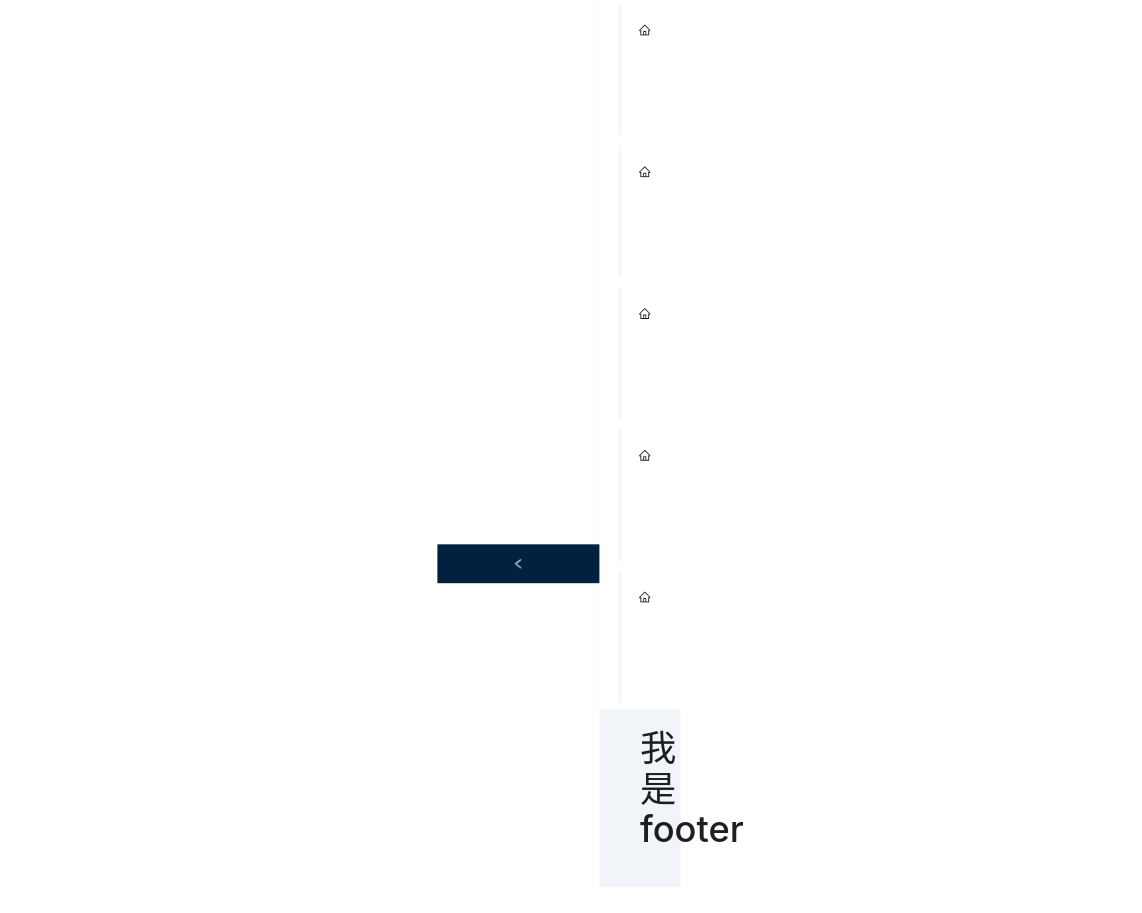
Repository: chenyl8848/chen-tool-collection
Page: /
These files come from the project's save history. The page is drawn as it stood at one moment and after the next save; the edit follows.
The browser window is 1280 px wide. The page is 1410 px wide, so the pictures cover 1410 px, including what lies to the right of the window. The pictures show the whole page, at 81% of full size.
The project was rebuilt for these pictures with package versions that can differ from the ones it lists, and the page was loaded fresh each time. Also part of the build but not shown: vite.config.ts, src/components/HelloWorld.vue.

Above is the page before, as saved 2024-01-12 16:16:07.

### src/main.ts
import { createApp } from 'vue'
import './style.css'

// import Antd from 'ant-design-vue';
import 'ant-design-vue/dist/reset.css';

import router from './router';
import store from './store';

import App from './App.vue'

const app = createApp(App)

// app.use(Antd)
app.use(router)
app.use(store)

app.mount('#app')

### src/router/index.ts
import { createRouter, createWebHistory, RouteRecordRaw } from "vue-router"

import HelloWorld from '@/components/HelloWorld.vue'
import Home from '@/pages/Home.vue'

const routes: RouteRecordRaw[] = [
    {
        path: '/',
        component: Home
    },
    {
        path: '/hello',
        component: HelloWorld
    }
]

const router = createRouter({
    history: createWebHistory(),
    routes
})

export default router

### src/store/index.ts
import { createPinia } from "pinia";

const store = createPinia()

export default store

### src/App.vue
<script setup lang="ts">
import Layout from '@/layout/index.vue';
</script>

<template>
  <div>
    <Layout></Layout>
  </div>
</template>

<style scoped>
</style>

### src/pages/Home.vue
<script lang="ts" setup>

import useToolStore from '@/store/module/tool';
import { ToolsType } from '@/tools';
import { onMounted } from 'vue';
import {
    HomeOutlined,
    SettingFilled,
    SmileOutlined,
    SyncOutlined,
    LoadingOutlined,
} from '@ant-design/icons-vue';

const toolStore = useToolStore()
let tools: Array<ToolsType> = []

onMounted(() => {
    tools = toolStore.allTools
    console.log(tools, "toolssssssssss")
})
</script>

<template>
    <h1>全部工具</h1>

    <div style="padding: 8px">
        <a-row :gutter="16">
            <a-col :span="6" v-for="item in tools" style="margin-top: 12px;">
                <a-card :bordered="true" hoverable>
                    <!-- <p>{{ item.description }}</p>
                    hoverable  -->

                    <a-card-meta :title="item.name" description="This is the description">
                        <template #avatar>
                            <!-- <a-avatar src="https://joeschmoe.io/api/v1/random" /> -->
                            <home-outlined />
                        </template>
                    </a-card-meta>

                    <template #tabBarExtraContent>
                        <a href="#">More</a>
                    </template>
                </a-card>
            </a-col>
        </a-row>
    </div>
</template>

### src/layout/index.vue
<script lang="ts" setup>

import Siderbar from '@/layout/siderbar/index.vue'
import Header from '@/layout/header/index.vue'
import Content from '@/layout/content/index.vue'
import Footer from '@/layout/footer/index.vue'
import { ref } from 'vue';
const collapsed = ref<boolean>(false);

</script>

<template>
    <a-layout class="layout">
        <a-layout-sider v-model:collapsed="collapsed" collapsible class="layout-siderbar">
            <Siderbar></Siderbar>
        </a-layout-sider>
        <a-layout>
            <a-layout-header class="layout-header">
                <Header></Header>
            </a-layout-header>
            <a-layout-content class="layout-content">
                <Content></Content>
            </a-layout-content>
            <a-layout-footer class="layout-footer">
                <Footer></Footer>
            </a-layout-footer>
        </a-layout>
    </a-layout>
</template>

<style scoped>
.layout {
    min-height: 100vh;

}

.layout-siderbar {
    background-color: white;

}

.layout-header {
    background: #fff;
    padding: 0
}

.layout-content {
    margin: 0 16px;
    background-color: #f1f5f9;
}

.layout-footer {
    text-align: center;
    background-color: #f1f5f9;
}
</style>

### src/store/module/tool.ts
import { defineStore } from "pinia";
import { tools, ToolsType, MenuType } from "@/tools";
import { RouteRecordRaw } from "vue-router"
import router from "@/router";
import { h } from "vue";
import HelloWorld from '@/components/HelloWorld.vue'

import {
    PieChartOutlined,
    MailOutlined,
    DesktopOutlined,
    InboxOutlined,
    AppstoreOutlined,
} from '@ant-design/icons-vue';

const useToolStore = defineStore('toolStore', () => {

    const getMenus = generateDynamicMenus(tools)
    const getRoutes = generateDynamicRoutes(tools)
    const allTools:Array<ToolsType> = []
    generateAllTools(tools, allTools)

    return {
        getMenus,
        getRoutes,
        allTools
    }
})

const generateDynamicMenus = (tools: Array<ToolsType>): Array<MenuType> => {
    let menus: Array<MenuType> = []

    tools.forEach((item) => {
        let children: Array<MenuType> = []

        if (item.list) {
            children = generateDynamicMenus(item.list)
        }

        let menu: MenuType = {
            key: item.path,
            title: item.name,
            label: item.name,
            path: item.path,
            icon: () => h(AppstoreOutlined)
        }

        if (children.length > 0) {
            menu.children = children
        }

        menus.push(menu)
    })

    return menus;
}

const generateDynamicRoutes = (tools: Array<ToolsType>): Array<RouteRecordRaw> => {

    let routes: Array<RouteRecordRaw> = []

    tools.forEach((item: ToolsType) => {
        let children: Array<RouteRecordRaw> = []
        if (item.list) {
            generateDynamicRoutes(item.list)
        }

        let route: RouteRecordRaw = {
            name: item.name,
            path: item.path,
            component: HelloWorld,
            children: children
        }
        router.addRoute(route)
        routes.push(route)
    });

    return routes
}

const generateAllTools = (tools: Array<ToolsType>,toolList: Array<ToolsType>): Array<ToolsType> => {

    // let toolList: Array<ToolsType> = []

    tools.forEach((item: ToolsType) => {
        if (!item.list) {
            toolList.push(item)
        } else {
            generateAllTools(item.list, toolList)
        }

    })


    console.log(toolList, "ttttttttttttoooooooooo")
    return toolList
}

export default useToolStore

### src/layout/siderbar/index.vue
<script lang="ts" setup>
import Logo from '@/layout/siderbar/logo/index.vue'
import Menu from '@/layout/siderbar/menu/index.vue'
</script>

<template>
  <div>
    <div class="logo">
      <Logo></Logo>
    </div>
    <Menu></Menu>
  </div>
</template>

<style scoped>
.logo {
  padding: 5px;
  height: 90px;
}
</style>

### src/layout/header/index.vue
<script lang="ts" setup>
import { h } from 'vue';
import {
  HomeOutlined,
  GithubOutlined,
  WechatOutlined,
  InfoCircleOutlined,
  HeartTwoTone
} from '@ant-design/icons-vue';
import router from '@/router';

const goHome = () => {
  router.push('/')
}

const onSearch = () => {
  console.log('onSearchhhhhhhhhhhh')
}
</script>

<template>
  <div class="header">
    <a-flex gap="middle" horizontal>
      <a-tooltip>
        <template #title>主页</template>
        <home-outlined class="icon" @click="goHome()" />
      </a-tooltip>
      <a-input-search v-model:value="value" placeholder="input search text" style="min-width: 400px" @search="onSearch" />
      <a-tooltip>
        <template #title>Github</template>
        <github-outlined class="icon" />
      </a-tooltip>
      <a-tooltip>
        <template #title>微信公众号</template>
        <wechat-outlined class="icon" />
      </a-tooltip>
      <a-tooltip>
        <template #title>关于</template>
        <info-circle-outlined class="icon" />
      </a-tooltip>
      <a-button :icon="h(HeartTwoTone)" href="https://www.google.com" style="">打赏</a-button>
    </a-flex>
  </div>
</template>

<style scoped>
.header {
  margin: 18px 12px 0px 12px;
}

.icon {
  font-size: 24px;
  margin-top: 4px;
}
</style>

### src/layout/content/index.vue
<script lang="ts" setup>
import Breadcrumb from '@/layout/content/breadcrumb.vue'
</script>

<template>
  <Breadcrumb></Breadcrumb>
  <div class="content">
    <router-view></router-view>
  </div>
</template>

<style scoped>
.content {
  padding: '24px';
  background: #f1f5f9;
  min-height: 480px
}
</style>

### src/layout/footer/index.vue
<script lang="ts" setup>

</script>

<template>
  <div>
    <h1>我是footer</h1>
  </div>
</template>

### src/tools.ts
export interface ToolsType {
    name: string,
    icon?: string,
    description?: string,
    path: string,
    list?: Array<ToolsType>
}

export interface MenuType {
    key: string,
    icon: any,
    label: string,
    title: string,
    path?: string,
    children?: Array<MenuType>
}

export const tools: Array<ToolsType> = [
    {
        name: '图片&视频',
        icon: 'map',
        path: '/images',
        list: [
            {
                name: '地图',
                icon: '',
                path: '/map',
                description: '一个地图'
            }
        ]
    },
    {
        name: '编程开发',
        icon: 'develop',
        path: '/develop',
        list: [
            {
                name: 'XML转JSON',
                icon: '',
                path: '/xml'
            },
            {
                name: 'IP地址查询',
                icon: '',
                path: '/ip'
            },

        ]
    },
    {
        name: '游戏',
        icon: 'map',
        path: '/game',
        list: [
            {
                name: 'XML转JSON',
                icon: '',
                path: '/json'
            },
            {
                name: 'IP地址查询',
                icon: '',
                path: '/query'
            },

        ]
    },

]

### src/layout/siderbar/logo/index.vue
<script lang="ts" setup>

</script>

<template>
  <div>
    <h1>我是logo</h1>
  </div>
</template>

### src/layout/siderbar/menu/index.vue
<template>
  <div>
    <a-menu mode="inline" :inline-collapsed="state.collapsed" :items="items" @click="jumpTo"></a-menu>
  </div>
</template>
<script lang="ts" setup>
import { reactive, h, onMounted } from 'vue';
import {
  PieChartOutlined,
  MailOutlined,
  DesktopOutlined,
  InboxOutlined,
  AppstoreOutlined,
} from '@ant-design/icons-vue';
import useToolStore from "@/store/module/tool";
import router from '@/router';

const state = reactive({
  collapsed: false
});

const items = reactive([]);

onMounted(() => {
  getMenus()
})

const getMenus = () => {
  const toolStore = useToolStore()
  let menus = toolStore.getMenus
  items.push(...menus)
}

const jumpTo = ({ item, key, keyPath }) => {

  console.log(item, key, keyPath, "hleoo")
  router.push(key)
}
</script>

### src/layout/content/breadcrumb.vue
<template>
    <a-breadcrumb class="breadcrumb">
        <a-breadcrumb-item>User</a-breadcrumb-item>
        <a-breadcrumb-item>Bill</a-breadcrumb-item>
    </a-breadcrumb>
</template>

<style scoped>
.breadcrumb {
    margin: 16px 0;
}
</style>

Loaded but not shown: index.html (common file); src/style.css (common file)

After the next save:
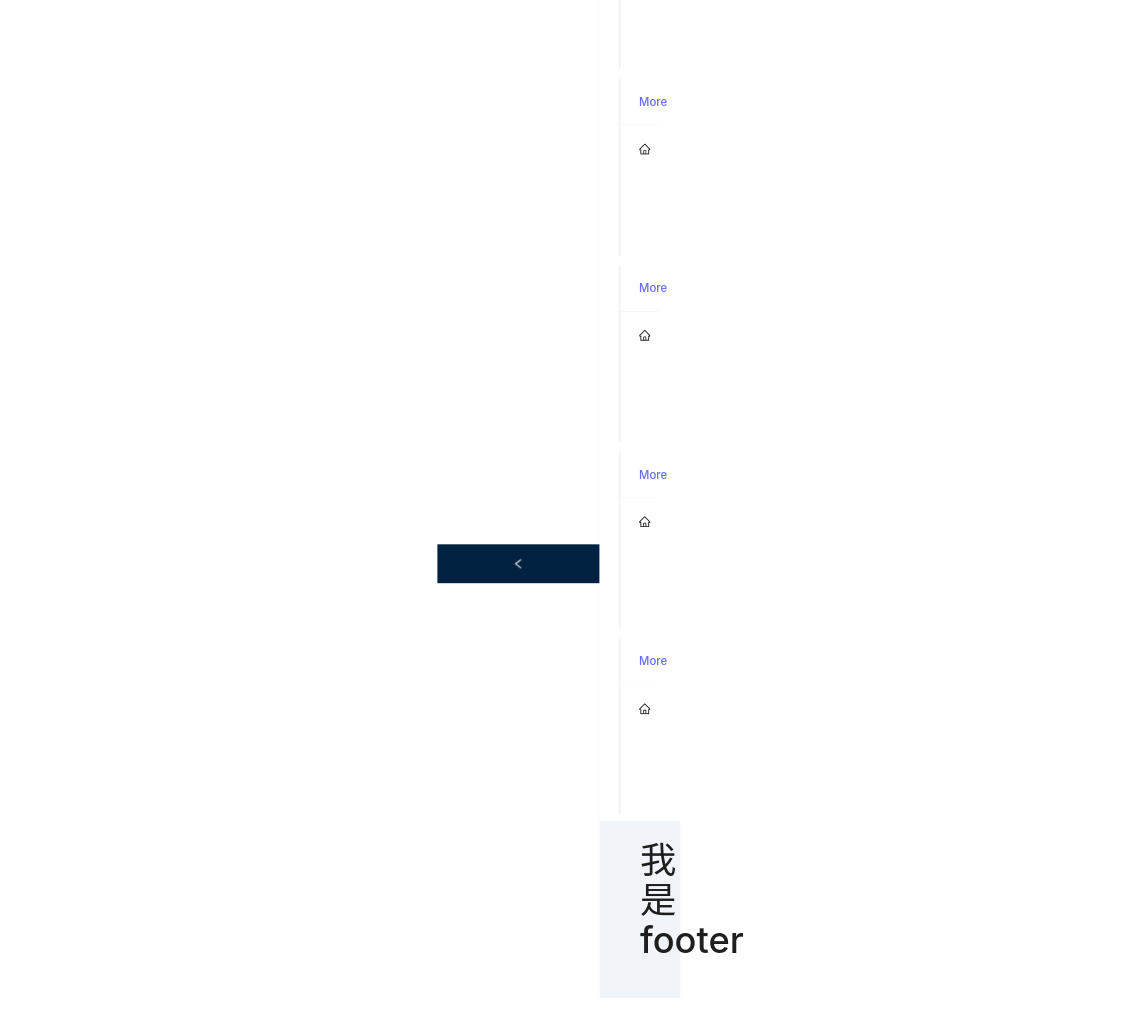
Saved 48 s later.
--- a/src/pages/Home.vue
+++ b/src/pages/Home.vue
@@ -37,7 +37,7 @@
                         </template>
                     </a-card-meta>
 
-                    <template #tabBarExtraContent>
+                    <template #extra>
                         <a href="#">More</a>
                     </template>
                 </a-card>
